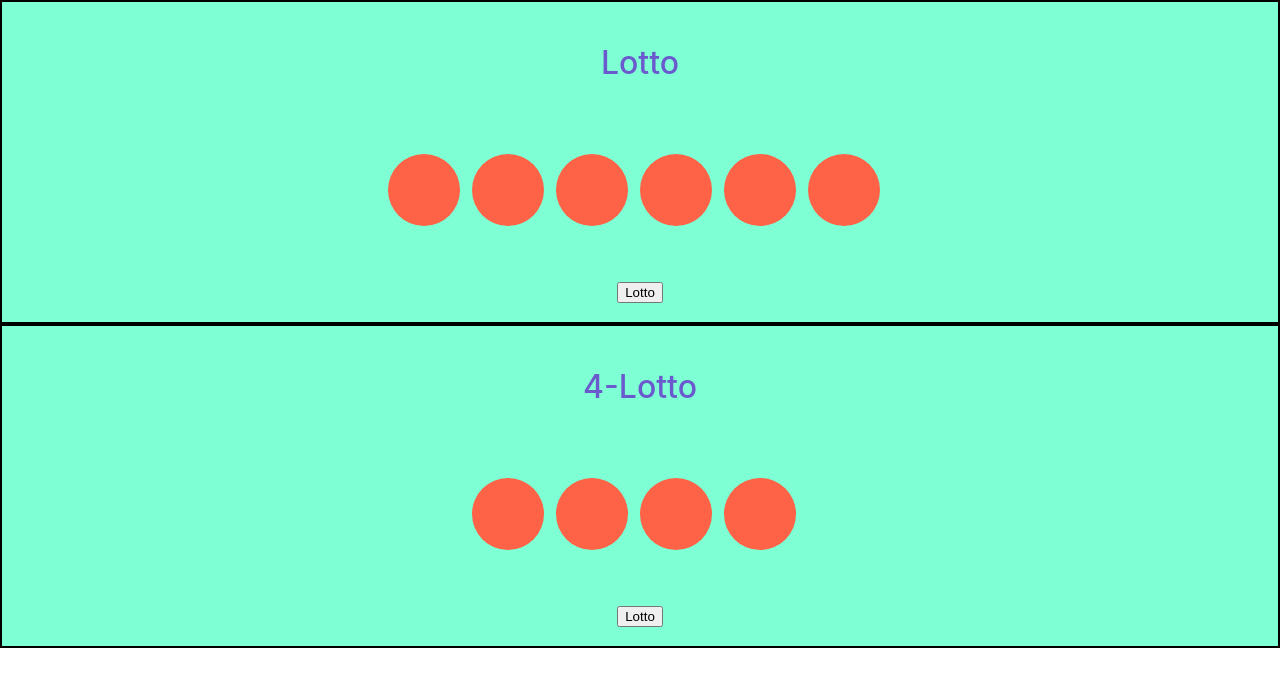
Repository: dung8466/learn-react
Page: / (app in lottery/)
The author's editor kept a copy of each file at every save. The page is drawn from the files as they stood at one save, then again after the next save.
The browser window is 1280 px wide. The pictures show the whole page.
The project was rebuilt for these pictures with package versions that can differ from the ones it lists, and the page was loaded fresh each time.

Above is the page before, as saved 2022-09-18 21:07:35.

After the next save:
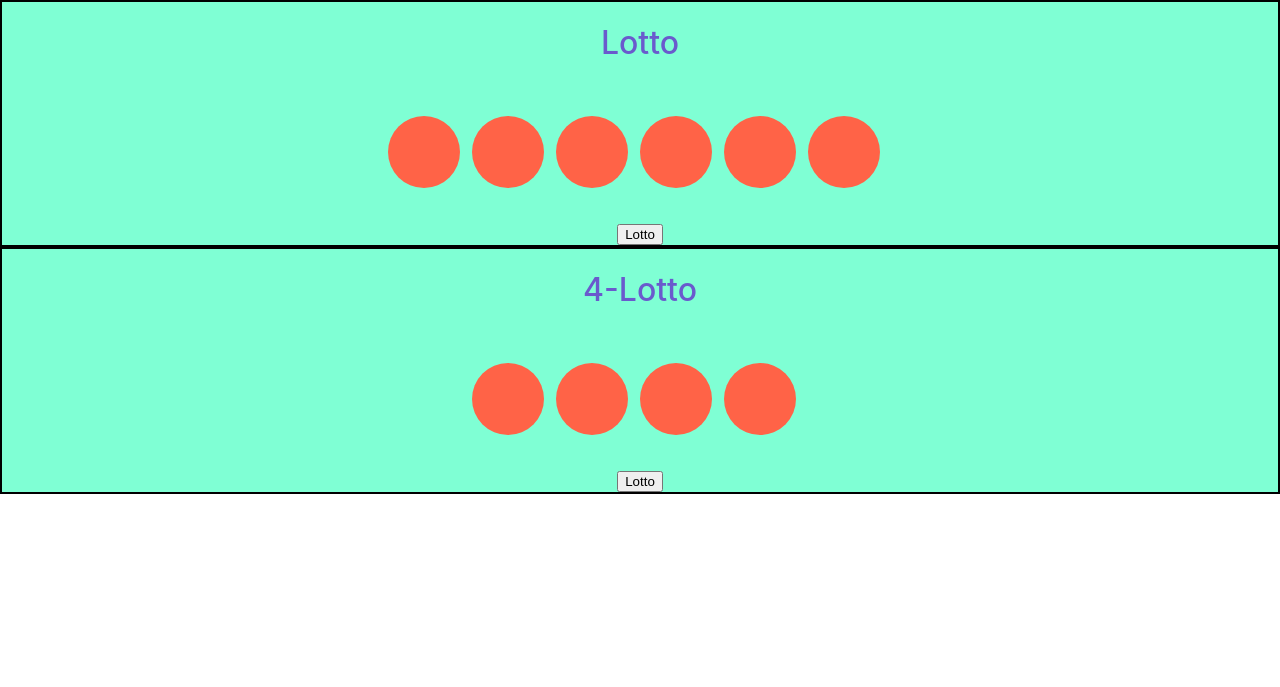
Saved 20 s later.
--- a/lottery/src/Lotto.css
+++ b/lottery/src/Lotto.css
@@ -7,8 +7,8 @@
     gap: 2em;
     border: 2px solid black;
     background-color: aquamarine;
-    min-width: 50em;
-    min-height: 20em;
+    /* min-width: 50em;
+    min-height: 20em; */
     /* margin-top: 3em;
     margin-left: 23em; */
 }
